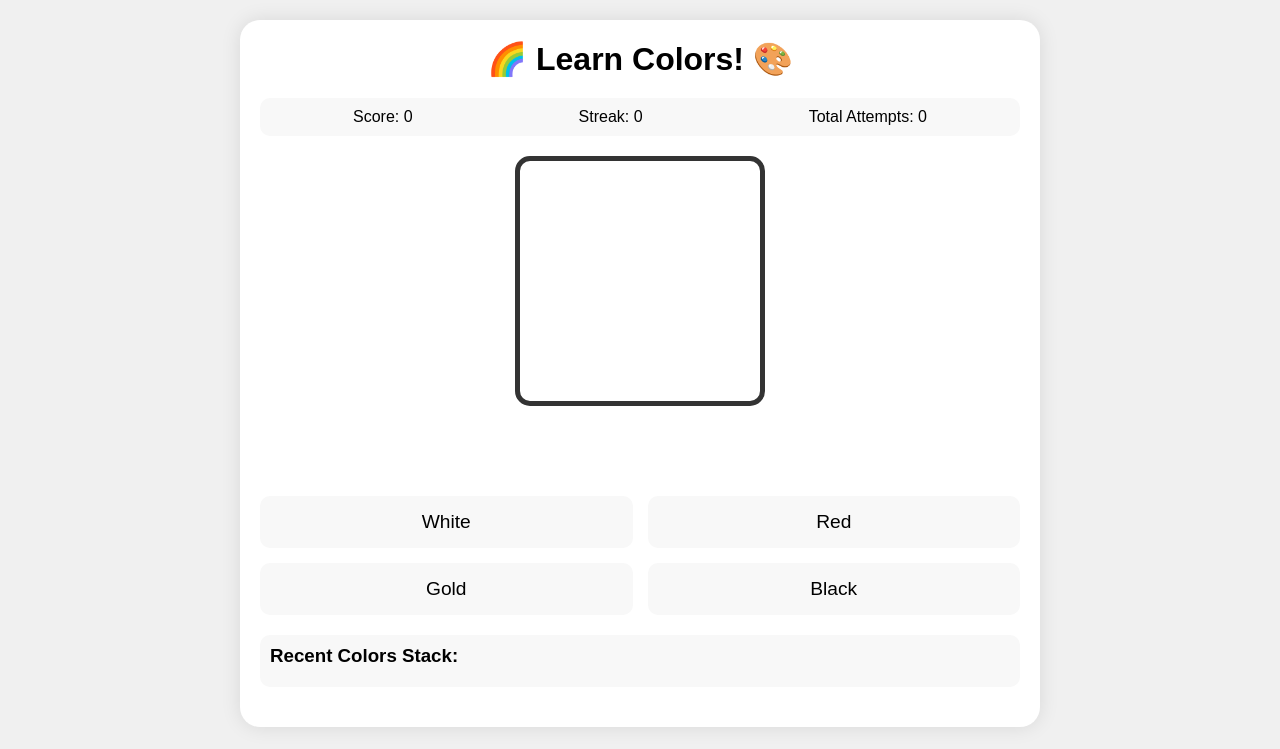
Repository: abhijeets54/learncolors
Page: project.html
An editor plug-in stored every save of this project. The page is shown before and after a run of saves, followed by the edit.
The browser window is 1280 px wide. The pictures show the whole page.

Above is the page before, as saved 2024-11-14 16:00:52.

After the next 2 saves:
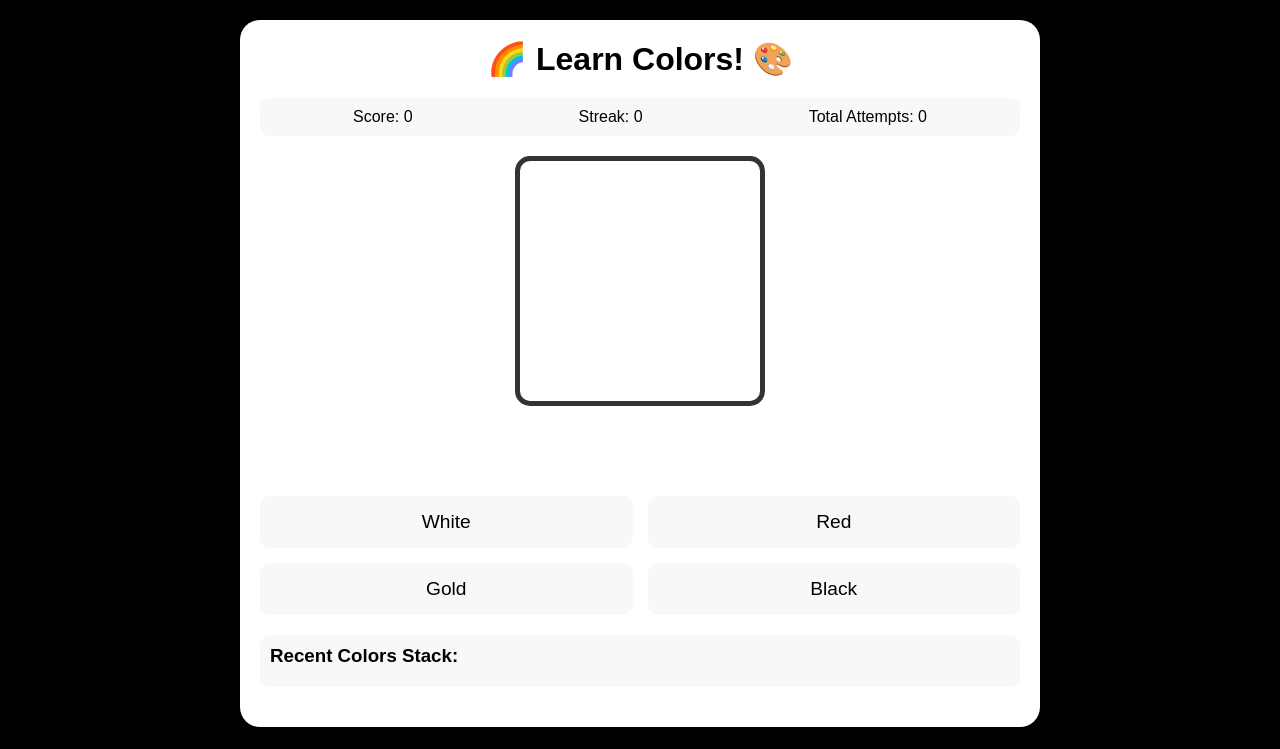
The 2 saves are shown as one change because they came seconds apart.
The last was saved 3 days later.
--- a/project.html
+++ b/project.html
@@ -14,7 +14,7 @@
 
         body {
             min-height: 100vh;
-            background: #f0f0f0;
+            background: black;
             padding: 20px;
         }
 
